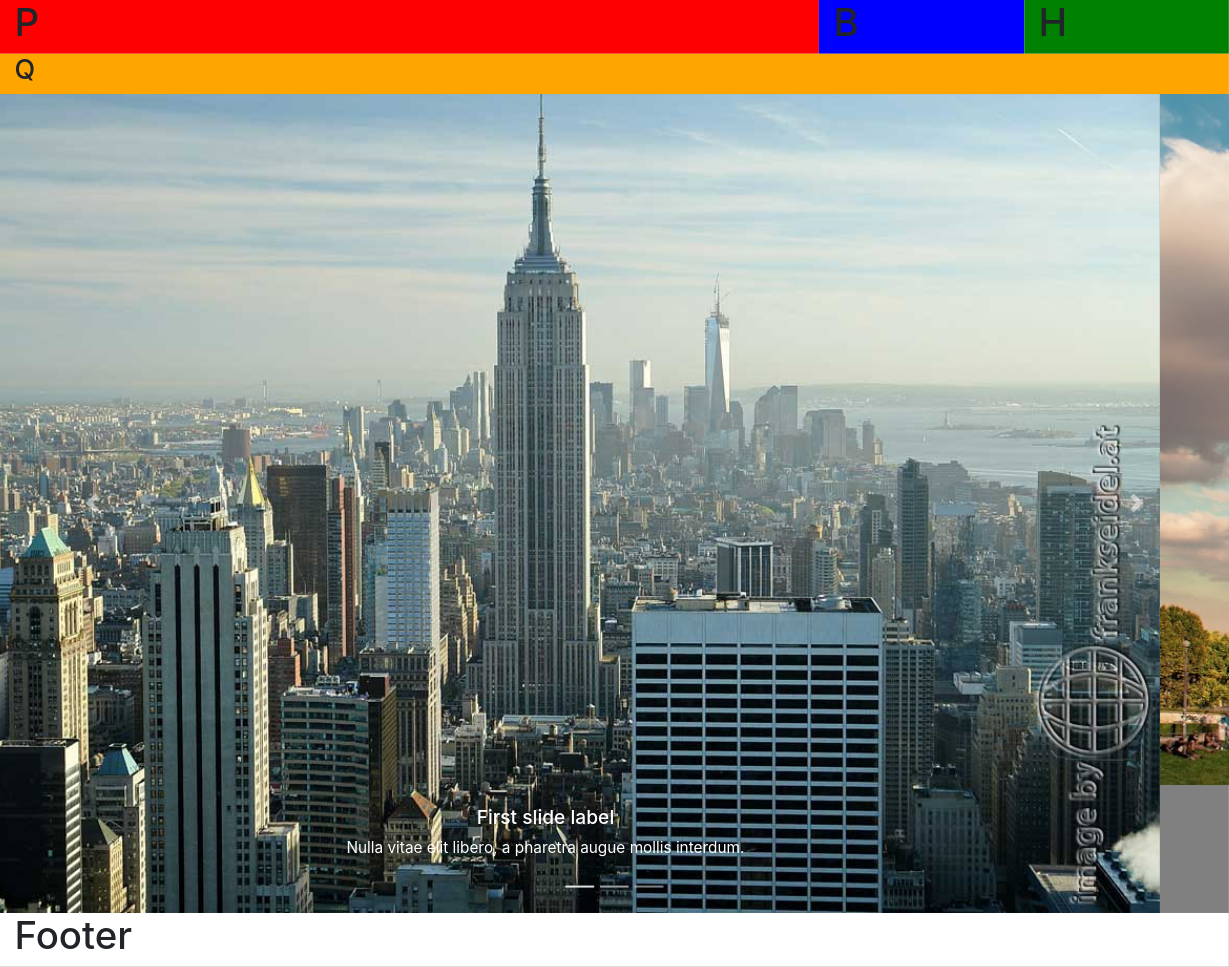
Repository: Brad000/PlanAway-Project
Page: index.html
The author's editor kept a record of every edit. The page is drawn from the files as they stood at one moment, then again after the next edit.
The browser window is 1280 px wide. The pictures show the whole page, at 96% of full size.
Some web libraries are served in a nearby version.

Above is the page before.

After the next edit:
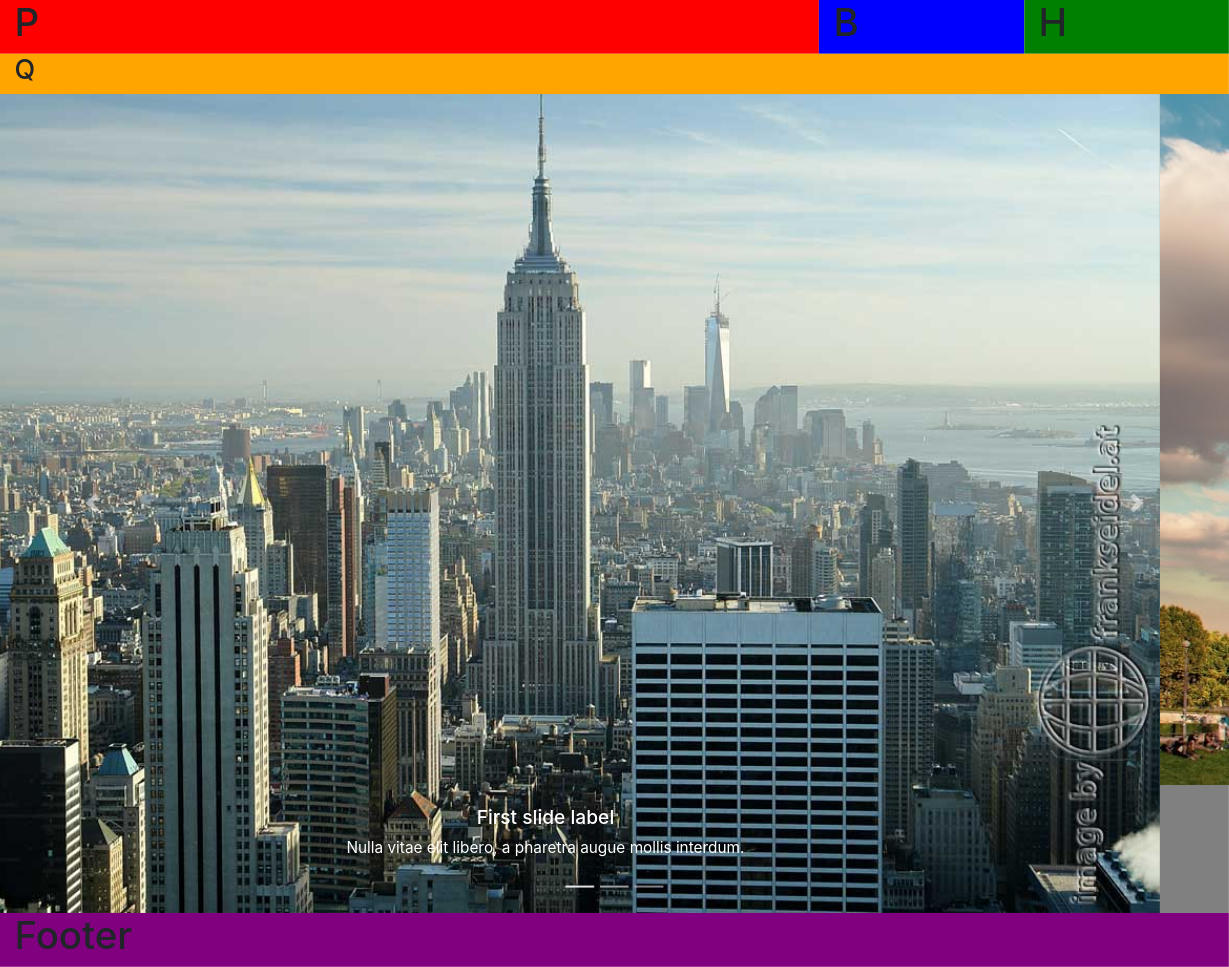
The edit:
--- a/assets/css/style.css
+++ b/assets/css/style.css
@@ -24,3 +24,7 @@
     max-height: 100%;
     padding: 0;
 }
+
+.footer {
+    background-color: purple;
+}
